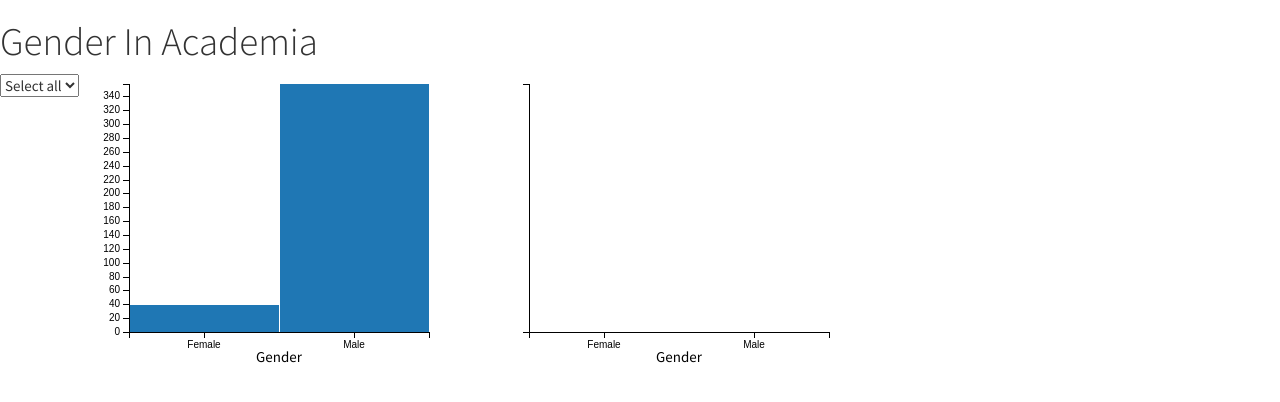
Repository: adonegan/dashboard
Page: index.html
The author's editor kept a record of every edit. The page is drawn from the files as they stood at one moment, then again after the next edit.
The browser window is 1280 px wide. The pictures show the whole page.

Above is the page before.

### index.html
<!DOCTYPE html>
<html lang="en">
<head>
    <meta charset="UTF-8">
    <meta name="viewport" content="width=device-width, initial-scale=1.0">
    <meta http-equiv="X-UA-Compatible" content="ie=edge">
    <title>Gender In Academia</title>

    <link rel="stylesheet" href="static/css/bootstrap.min.css" type="text/css" />
    <link rel="stylesheet" href="static/css/dc.min.css" type="text/css" />

    <script type="text/javascript" src="static/js/d3.min.js"></script>
    <script type="text/javascript" src="static/js/crossfilter.min.js"></script>
    <script type="text/javascript" src="static/js/dc.min.js"></script>
    <script type="text/javascript" src="static/js/queue.min.js"></script>
    <script type="text/javascript" src="static/js/graph.js"></script>
</head>
<body>

    <h1>Gender In Academia</h1>

    <div id="discipline-selector"></div>

    <div id="gender-balance"></div>

    <div id="average-salary"></div>



</body>
</html>

### static/js/graph.js
queue()
    .defer(d3.csv, "data/Salaries.csv")
    .await(makeGraphs);

function makeGraphs(error, salaryData) {
    var ndx = crossfilter(salaryData);

    show_discipline_selector(ndx);
    show_gender_balance(ndx);
    show_average_salaries(ndx);

    dc.renderAll();
}


function show_discipline_selector(ndx) {
    dim = ndx.dimension(dc.pluck('discipline'));
    group = dim.group()

    dc.selectMenu("#discipline-selector")
        .dimension(dim)
        .group(group);
}

function show_gender_balance(ndx) {
    var dim = ndx.dimension(dc.pluck('sex'));
    var group = dim.group();

    dc.barChart("#gender-balance")
        .width(400)
        .height(300)
        .margins({top: 10, right: 50, bottom: 30, left: 50})
        .dimension(dim)
        .group(group)
        .transitionDuration(500)
        .x(d3.scale.ordinal())
        .xUnits(dc.units.ordinal)
        .xAxisLabel("Gender")
        .yAxis().ticks(20);
}


function show_average_salaries(ndx) {
    var dim = ndx.dimension(dc.pluck('sex'));

    function add_item(p, v) {
        p.count++;
        p.total += v.salary;
        p.average = p.total / p.count;
        return p;
    }

    function remove_item(p, v) {
        p.count--;
        if(p.count == 0) {
            p.total = 0;
            p.average = 0;
        } else {
            p.total -= v.salary;
            p.average = p.total / p.count;
        }
        return p;
    }

    function initialise() {
        return {count: 0, total: 0, average: 0};
    }

    var averageSalaryByGender = dim.group().reduce(add_item, remove_item, initialise);


    dc.barChart("#average-salary")
        .width(400)
        .height(300)
        .margins({top: 10, right: 50, bottom: 30, left: 50})
        .dimension(dim)
        .group(averageSalaryByGender)
        .valueAccessor(function(d) {
            return d.value.average;
        })
        .transitionDuration(500)
        .x(d3.scale.ordinal())
        .xUnits(dc.units.ordinal)
        .elasticY(true)
        .xAxisLabel("Gender")
        .yAxis().ticks(4);
}

Loaded but not shown: static/css/bootstrap.min.css (library); static/css/dc.min.css (library); static/js/d3.min.js (library); static/js/crossfilter.min.js (library); static/js/dc.min.js (library); static/js/queue.min.js (common file)

After the next edit:
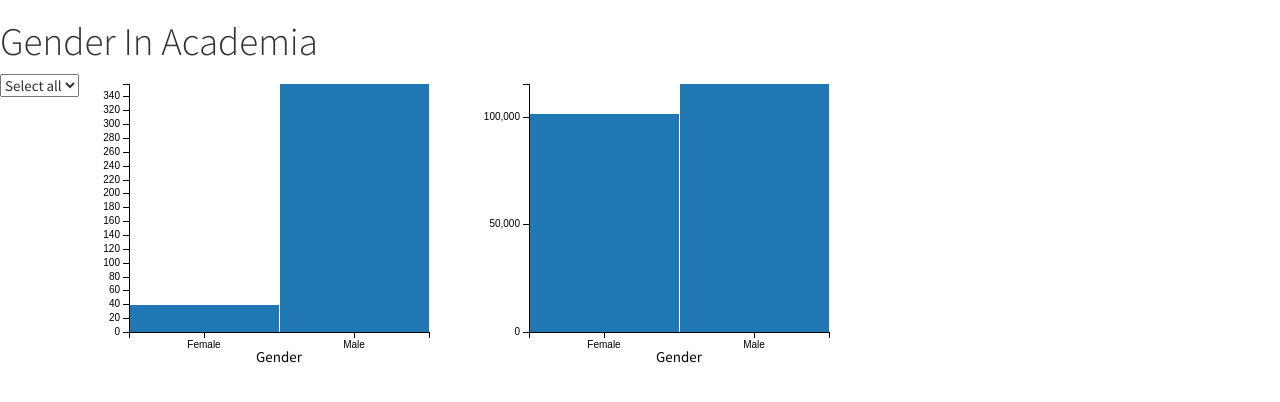
The edit:
--- a/static/js/graph.js
+++ b/static/js/graph.js
@@ -4,6 +4,10 @@
 
 function makeGraphs(error, salaryData) {
     var ndx = crossfilter(salaryData);
+
+    salaryData.forEach(function(d) {
+        d.salary = parseInt(d.salary);
+    })
 
     show_discipline_selector(ndx);
     show_gender_balance(ndx);
